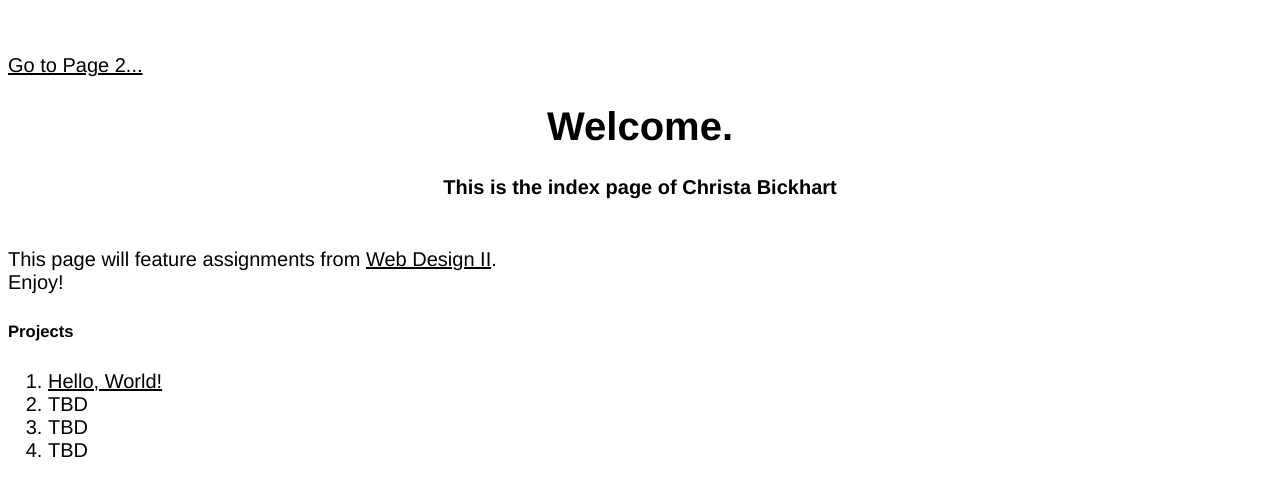
Repository: cbickhar/cbickhar.github.io
Page: index.html
The author's editor kept a record of every edit. The page is drawn from the files as they stood at one moment, then again after the next edit.
The browser window is 1280 px wide. The pictures show the whole page.

Above is the page before.

After the next edit:
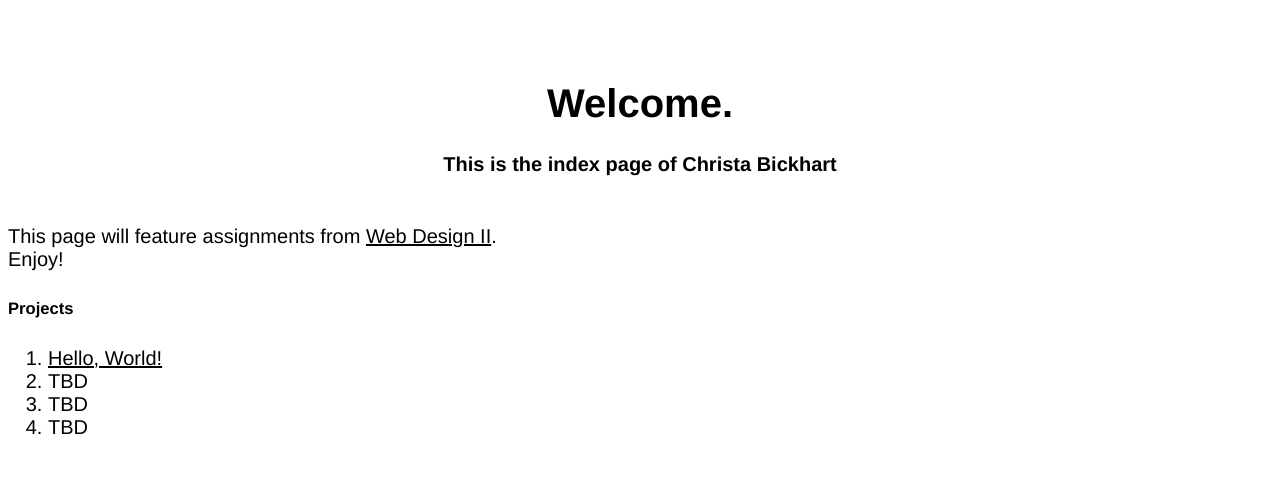
The edit:
--- a/index.html
+++ b/index.html
@@ -8,7 +8,6 @@
         -->
         <br>
         <br>
-        <a href="page2.html">Go to Page 2...</a>
 
 
         <h1>Welcome.</h1>
